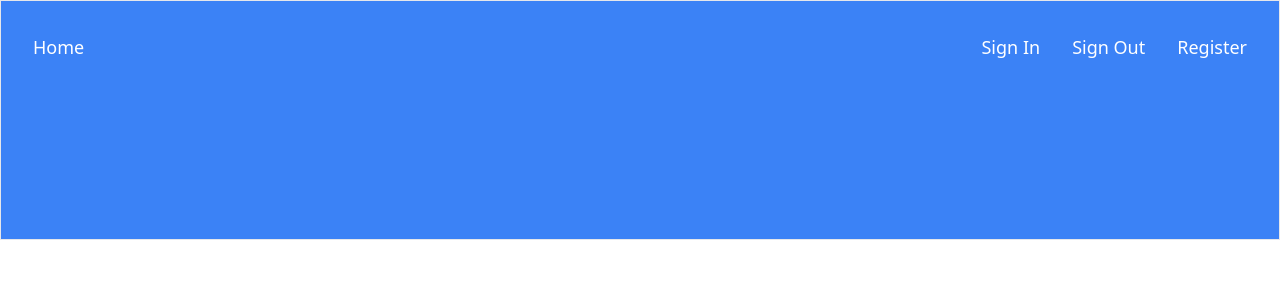
Repository: oderinde300/react-authentication-with-json-server
Page: /
The author's editor kept a copy of each file at every save. The page is drawn from the files as they stood at one save, then again after the next save.
The browser window is 1280 px wide. The pictures show the whole page.
The project was rebuilt for these pictures with package versions that can differ from the ones it lists, and the page was loaded fresh each time. Also part of the build but not shown: src/components/authentication/Login.jsx, src/pages/LoginPage.jsx.

Above is the page before, as saved 2023-03-22 12:34:17.

After the next save:
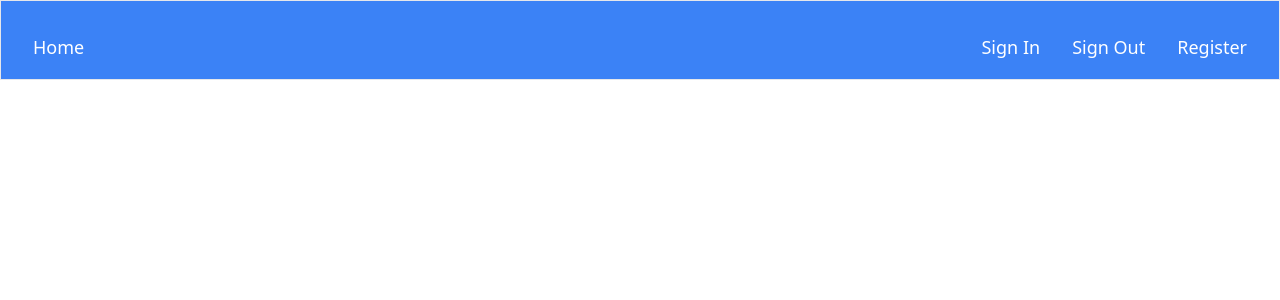
Saved 8 s later.
--- a/src/App.js
+++ b/src/App.js
@@ -6,7 +6,7 @@ function App() {
   return (
     <div>
       <header className="fixed w-full ">
-        <nav className="border py-8 flex justify-between px-8 text-lg text-white bg-blue-500 h-[15rem]">
+        <nav className="border py-8 flex justify-between px-8 text-lg text-white bg-blue-500 h-[5rem]">
           <p className="">Home</p>
           <ul className="flex  ">
             <li className="mx-4 ">Sign In</li>
